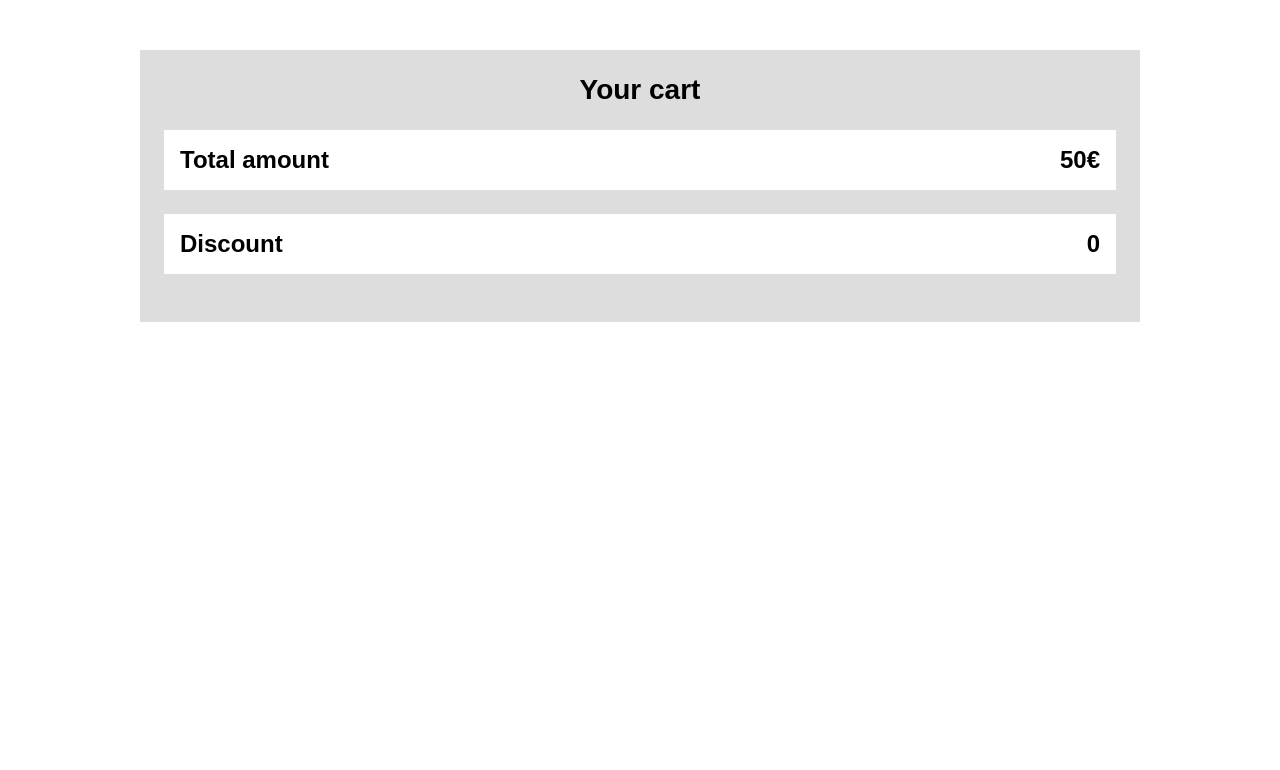
Repository: kcvijay/cart-discoutcodes
Page: /
An editor plug-in stored every save of this project. The page is shown before and after the next save, followed by the edit.
The browser window is 1280 px wide. The pictures show the whole page.
The project was rebuilt for these pictures with package versions that can differ from the ones it lists, and the page was loaded fresh each time.

Above is the page before, as saved 2023-05-17 11:27:41.

After the next save:
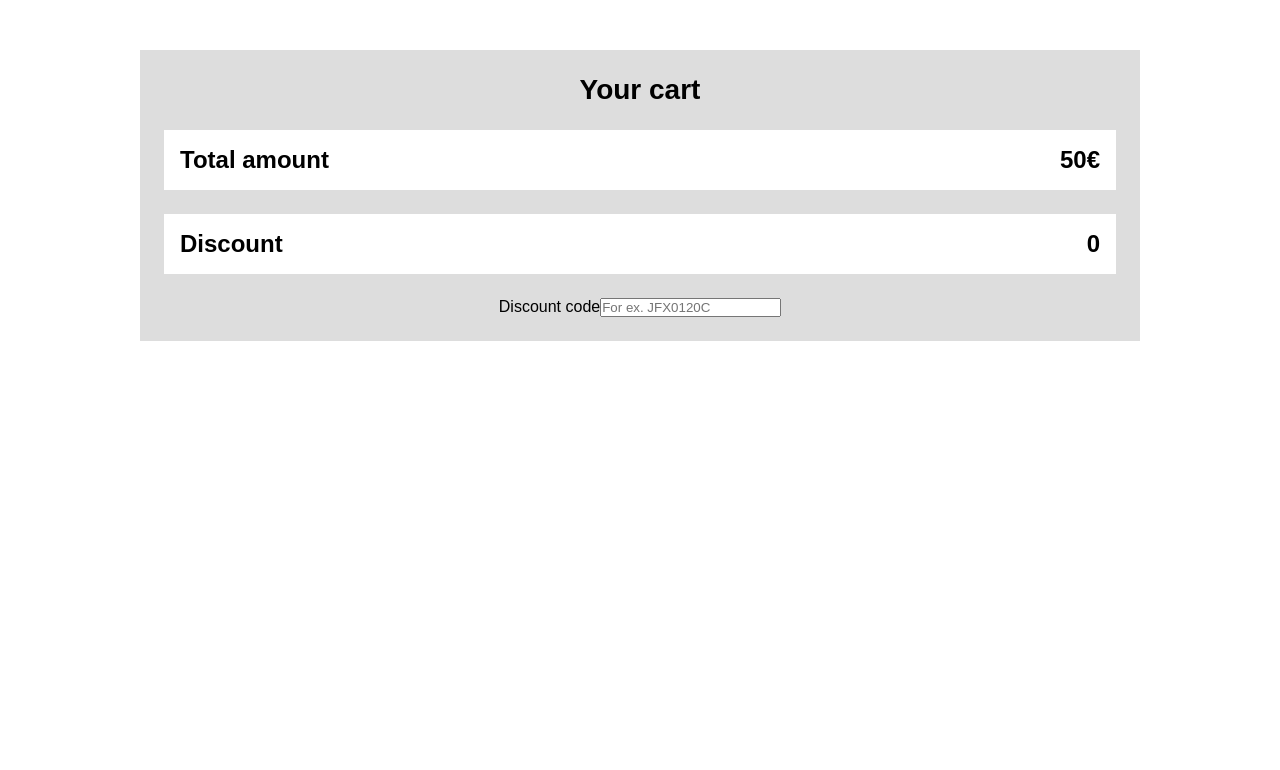
Saved 92 s later.
--- a/src/CartInput.tsx
+++ b/src/CartInput.tsx
@@ -12,6 +12,15 @@ const CartInput = () => {
         <h2>Discount</h2>
         <h2>{"0"}</h2>
       </div>
+      <form>
+        <label htmlFor="discountCode">Discount code</label>
+        <input
+          type="text"
+          name="discountCode"
+          id="discountCode"
+          placeholder="For ex. JFX0120C"
+        />
+      </form>
     </div>
   );
 };
